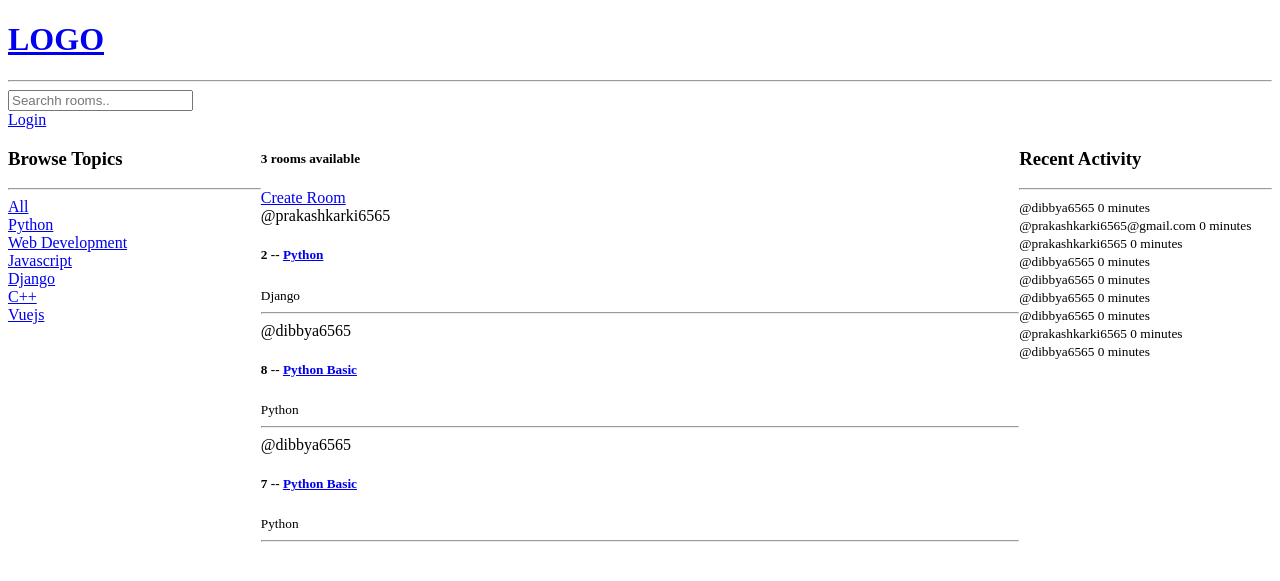
Repository: Dibbya65/Django-Basic
Page: http://localhost/?q=Python
An editor plug-in stored every save of this project. The page is shown before and after the next save, followed by the edit.
The browser window is 1280 px wide. The pictures show the whole page.
The page is served by the project's application, run on Django 3.2 (manage.py). Other server files are loaded and not shown. The page reads the database file committed with the project.

Above is the page before, as saved 2021-11-17 23:33:13.

### base/templates/base/home.html
{% extends "layouts/master.html" %} {% block title %} Home {% endblock title %}
{% block content %}
<style>
  .home-container {
    display: grid;
    grid-template-columns: 1fr 3fr 1fr;
  }

</style>
<div class="home-container">
  <div>
    <h3>Browse Topics</h3>
    <hr />
    <div>
      <a href="{% url 'home' %}">All </a>
    </div>
    {%for topic in topics%}
    <div>
      <a href="{% url 'home' %}?q={{topic.name}}">{{topic.name}}</a>
    </div>
    {%endfor%}
  </div>
  <div>
    <h5>{{room_count}} rooms available</h5>
    <a href="{% url 'create-room' %}">Create Room</a>
    {% for room in rooms %}
    <div>
      {% if request.user == room.host %}

      <a href="{% url 'update-room' room.id %}">Edit </a>

      <a href="{% url 'delete-room' room.id %}">Delete </a>
      {%endif%}
      <span>@{{room.host.username}}</span>
      <h5>
        {{room.id}} --
        <a href="{% url 'room-detail' room.id %}">{{room.name}}</a>
      </h5>
      <small>{{room.topic.name}}</small>
      <hr />
    </div>
    {% endfor %}
  </div>
  <div>
    <h3>Recent Activity</h3>
    <hr>
    {% for message in room_messages %}
      <div>
        <small>@{{message.user}} {{message.created_at|timesince}}</small>
      </div>
    {% endfor %}
  </div>
</div>
{% endblock content %}

### templates/layouts/master.html
<!DOCTYPE html>
<html lang="en">

  <head>
    <meta charset="UTF-8" />
    <meta http-equiv="X-UA-Compatible" content="IE=edge" />
    <meta name="viewport" content="width=device-width, initial-scale=1.0" />
    <title>MySite | {% block title %} {% endblock %}</title>
  </head>

  <body>
    <a href="/">
      <h1>LOGO</h1>
    </a>
    <hr>
    <form action="{% url 'home' %}" method="GET">
      <input type="text" name="q" placeholder="Searchh rooms.." />
    </form>
    {% if request.user.is_authenticated %}
    <p>Hello {{ request.user.username }}</p>
    <a href="{% url 'logout' %}">Logout</a>
    {%else%}
    <a href="{% url 'login' %}">Login</a>
    {% endif %}
    {% if messages %}
    <ul class="messages">
      {% for message in messages %}
      <li>{{ message }}</li>
      {% endfor %}
    </ul>
    {% endif %}
    {% block content %}{% endblock %}
  </body>

</html>

### base/models.py
from django.db import models
from django.contrib.auth.models import User

# Create your models here.


# topic model
class Topic(models.Model):
    name = models.CharField(max_length=200)

    def __str__(self):
        return self.name


# room model


class Room(models.Model):
    host = models.ForeignKey(User, on_delete=models.SET_NULL, null=True)
    topic = models.ForeignKey(Topic, on_delete=models.SET_NULL, null=True)
    name = models.CharField(max_length=200)
    description = models.TextField(null=True, blank=True)
    participants = models.ManyToManyField(User, related_name="participants", blank=True)
    Active = "Active"
    Deactive = "Deactive"
    STATUS_CHOICE = ((Active, Active), (Deactive, Deactive))
    status = models.CharField(max_length=50, choices=STATUS_CHOICE, default=Deactive)
    created_at = models.DateTimeField(auto_now_add=True)
    updated_at = models.DateTimeField(auto_now=True)

    class Meta:
        ordering = ["-updated_at", "-created_at"]

    # string representation
    def __str__(self):
        return self.name


# message model


class Message(models.Model):
    user = models.ForeignKey(User, on_delete=models.CASCADE)
    room = models.ForeignKey(Room, on_delete=models.CASCADE)
    body = models.TextField()
    created_at = models.DateTimeField(auto_now_add=True)
    updated_at = models.DateTimeField(auto_now=True)

    class Meta:
        ordering = ["-updated_at", "-created_at"]

    def __str__(self):
        return self.body[0:50]

### base/views.py
from django.shortcuts import render, redirect
from django.http import HttpResponse
from django.db.models import Q
from django.contrib.auth.models import User
from django.contrib.auth import authenticate, login, logout
from django.contrib.auth.forms import UserCreationForm
from django.contrib import messages
from django.contrib.auth.decorators import login_required
from .models import Room, Topic, Message
from .forms import RoomForm

# Create your views here.


def login_page(request):
    page = "login"

    if request.user.is_authenticated:
        return redirect("home")

    if request.method == "POST":
        username = request.POST.get("username").lower()
        password = request.POST.get("password")

        try:
            user = User.objects.get(username=username)
        except:
            messages.error(request, "User does not exist")

        user = authenticate(request, username=username, password=password)

        if user is not None:
            login(request, user)
            return redirect("home")
        else:
            messages.error(request, "Invalid credentials")

    context = {"page": page}
    return render(request, "base/login.html", context)


def logout_user(request):
    logout(request)
    return redirect("home")


def register_page(request):
    form = UserCreationForm()

    if request.method == "POST":
        form = UserCreationForm(request.POST)
        if form.is_valid():
            user = form.save(commit=False)
            user.username = user.username.lower()
            user.save()

            login(request, user)

            return redirect("home")
        else:
            messages.error(request, "User registration failed")

    context = {"form": form}

    return render(request, "base/login.html", context)


def home(request):
    q = request.GET.get("q") if request.GET.get("q") != None else ""
    rooms = Room.objects.filter(
        Q(topic__name__icontains=q) | Q(name__icontains=q) | Q(description__icontains=q)
    )
    topics = Topic.objects.all()
    room_count = rooms.count()
    room_messges = Message.objects.all()

    context = {
        "rooms": rooms,
        "topics": topics,
        "room_count": room_count,
        "room_messages": room_messges,
    }
    return render(request, "base/home.html", context)


def room(request):
    rooms = Room.objects.all()
    context = {"rooms": rooms}
    return render(request, "base/room.html", context)


def roomdetail(request, pk):
    room = Room.objects.get(id=pk)
    room_messages = room.message_set.all()
    participants = room.participants.all()

    if request.method == "POST":
        message = Message.objects.create(
            user=request.user, room=room, body=request.POST.get("body")
        )
        room.participants.add(request.user)
        return redirect("room-detail", pk=room.id)

    context = {
        "room": room,
        "room_messages": room_messages,
        "participants": participants,
    }
    return render(request, "base/single-room.html", context)


@login_required(login_url="login")
def create_room(request):
    form = RoomForm()
    if request.method == "POST":
        form = RoomForm(request.POST)
        if form.is_valid():
            form.save()
            return redirect("home")

    context = {"form": form}
    return render(request, "base/room_form.html", context)


@login_required(login_url="login")
def update_room(request, pk):
    room = Room.objects.get(id=pk)
    form = RoomForm(instance=room)

    if request.user != room.host:
        return HttpResponse("Unauthenticated!")

    if request.method == "POST":
        form = RoomForm(request.POST, instance=room)
        if form.is_valid():
            form.save()
            return redirect("home")

    context = {"form": form}
    return render(request, "base/room_form.html", context)


@login_required(login_url="login")
def delete_room(request, pk):
    room = Room.objects.get(id=pk)
    if request.user != room.host:
        return HttpResponse("Unauthenticated!")

    if request.method == "POST":
        room.delete()
        return redirect("home")
    return render(request, "base/delete.html", {"obj": room})


@login_required(login_url="login")
def delete_message(request, pk):
    msg = Message.objects.get(id=pk)
    if request.user != msg.user:
        return HttpResponse("Unauthenticated!")

    if request.method == "POST":
        msg.delete()
        return redirect("home")
    return render(request, "base/delete.html", {"obj": msg})

### studybud/urls.py
"""studybud URL Configuration

The `urlpatterns` list routes URLs to views. For more information please see:
    https://docs.djangoproject.com/en/3.2/topics/http/urls/
Examples:
Function views
    1. Add an import:  from my_app import views
    2. Add a URL to urlpatterns:  path('', views.home, name='home')
Class-based views
    1. Add an import:  from other_app.views import Home
    2. Add a URL to urlpatterns:  path('', Home.as_view(), name='home')
Including another URLconf
    1. Import the include() function: from django.urls import include, path
    2. Add a URL to urlpatterns:  path('blog/', include('blog.urls'))
"""
from django.contrib import admin
from django.urls import path, include


urlpatterns = [
    path('admin/', admin.site.urls),
    path('', include('base.urls'))
]

### base/urls.py
from django.urls import path
from . import views

urlpatterns = [
    path("login/", views.login_page, name="login"),
    path("register/", views.register_page, name="register"),
    path("logout/", views.logout_user, name="logout"),
    path("", views.home, name="home"),
    path("room/", views.room, name="room"),
    path("room/<str:pk>", views.roomdetail, name="room-detail"),
    path("create/room/", views.create_room, name="create-room"),
    path("update/room/<str:pk>/", views.update_room, name="update-room"),
    path("delete/room/<str:pk>/", views.delete_room, name="delete-room"),
    path("delete/message/<str:pk>/", views.delete_message, name="delete-message"),
]

### db.sqlite3 (the tables this page reads, as SQL)
CREATE TABLE "auth_user" ("id" integer NOT NULL PRIMARY KEY AUTOINCREMENT, "password" varchar(128) NOT NULL, "last_login" datetime NULL, "is_superuser" bool NOT NULL, "username" varchar(150) NOT NULL UNIQUE, "last_name" varchar(150) NOT NULL, "email" varchar(254) NOT NULL, "is_staff" bool NOT NULL, "is_active" bool NOT NULL, "date_joined" datetime NOT NULL, "first_name" varchar(150) NOT NULL);
INSERT INTO "auth_user" VALUES
(1, 'pbkdf2_sha256$260000$xQxpFxKQ9izBbopr3Dv7HS$ZdGFJYFjajdfBM/ZdnlG6gD0dgX/TKmGyoCCve4Q564=', '2021-11-20 11:25:23.454227', 1, 'dibbya6565', '', 'dibyakarki65@gmail.com', 1, 1, '2021-11-13 15:49:17.112151', ''),
(2, 'pbkdf2_sha256$260000$OcP3oMRwcVFmIc3QPSnltC$GpcmQjPkv0wxmOYWlv/oBQ69CVZRvql5qDH1FvXjTJM=', NULL, 0, 'prakashkarki6565', '', '', 0, 1, '2021-11-14 06:46:21.258105', ''),
(3, 'pbkdf2_sha256$260000$bYZBArIVxYmuNuu5Azzl9d$kAIAJAnHPVaaRNyIMyoHKCgxSXknbwf/ubpWAJYvAxQ=', '2021-11-15 11:51:20.490980', 0, 'prakashkarki6565@gmail.com', '', '', 0, 1, '2021-11-15 11:51:19.976423', ''),
(4, 'pbkdf2_sha256$260000$XQVrpvlajut1jjOP6a31hy$SR7rs3yBHY/pGjCoDxqTx/rkvUNTPMNaSyNaJWyzDpk=', '2021-11-20 08:32:44.875888', 0, 'praksh65', '', '', 0, 1, '2021-11-20 08:32:44.429889', '');

CREATE TABLE "base_message" ("id" integer NOT NULL PRIMARY KEY AUTOINCREMENT, "body" text NOT NULL, "created_at" datetime NOT NULL, "updated_at" datetime NOT NULL, "room_id" bigint NOT NULL REFERENCES "base_room" ("id") DEFERRABLE INITIALLY DEFERRED, "user_id" integer NOT NULL REFERENCES "auth_user" ("id") DEFERRABLE INITIALLY DEFERRED);
INSERT INTO "base_message" VALUES
(3, 'Reference site about Lorem Ipsum, giving information on its origins, as well as a random Lipsum generator.Reference site about Lorem Ipsum, giving information on its origins, as well as a random Lipsum generator.', '2021-11-15 16:03:46.782159', '2021-11-15 16:03:46.782159', 9, 1),
(4, 'Generate Lorem Ipsum placeholder text for use in your graphic, print and web layouts, and discover plugins for your favorite writing, design and blogging', '2021-11-15 16:10:58.585794', '2021-11-15 16:10:58.585794', 9, 2),
(5, 'hello from hello', '2021-11-15 16:20:11.326644', '2021-11-15 16:20:11.326644', 9, 1),
(6, 'hello from hello', '2021-11-15 16:28:25.796169', '2021-11-15 16:28:25.796169', 9, 1),
(7, 'hello from hello', '2021-11-15 16:29:16.660659', '2021-11-18 15:37:50.359985', 9, 3),
(8, 'adfasdfasdfsadf', '2021-11-17 11:33:58.185912', '2021-11-17 11:33:58.185912', 9, 1),
(9, 'hey there', '2021-11-17 12:49:37.332335', '2021-11-17 12:49:37.332335', 4, 1),
(10, 'hello from hello', '2021-11-17 12:50:13.252612', '2021-11-18 15:37:45.139973', 4, 2),
(12, 'Hello there I am trying to learning c++', '2021-11-20 06:15:42.120664', '2021-11-20 06:15:42.120664', 12, 1);

CREATE TABLE "base_room" ("id" integer NOT NULL PRIMARY KEY AUTOINCREMENT, "name" varchar(200) NOT NULL, "description" text NULL, "status" varchar(50) NOT NULL, "created_at" datetime NOT NULL, "updated_at" datetime NOT NULL, "host_id" integer NULL REFERENCES "auth_user" ("id") DEFERRABLE INITIALLY DEFERRED, "topic_id" bigint NULL REFERENCES "base_topic" ("id") DEFERRABLE INITIALLY DEFERRED);
INSERT INTO "base_room" VALUES
(2, 'Python', '', 'Deactive', '2021-11-14 05:23:25.762339', '2021-11-18 15:37:04.256833', 2, 4),
(4, 'MERN', 'LLLLLLLLLLLLLLLLLLLLLLLLLLLLLLLLLLLLLLLorem', 'Deactive', '2021-11-14 05:23:38.846450', '2021-11-17 11:30:16.453294', 1, 3),
(7, 'Python Basic', '', 'Deactive', '2021-11-14 12:32:58.730800', '2021-11-14 12:32:58.730800', 1, 1),
(8, 'Python Basic', '', 'Deactive', '2021-11-15 09:51:28.888430', '2021-11-15 09:51:28.888430', 1, 1),
(9, 'Django Room', 'Reference site about Lorem Ipsum, giving information on its origins, as well as a random Lipsum generator.', 'Deactive', '2021-11-15 09:53:06.866918', '2021-11-17 11:29:38.106094', 2, 4),
(10, 'Study Reactjs', 'Hello from learning react js', 'Active', '2021-11-18 13:20:54.521854', '2021-11-18 13:20:54.522855', 1, 3),
(11, 'Are you interest in Learning Web Development?', 'Lorem ipsum, or lipsum as it is sometimes known, is dummy text used in laying out print, graphic or web designs. The passage is attributed to an unknown ...', 'Active', '2021-11-19 12:49:53.172046', '2021-11-19 12:49:53.172046', 1, 2),
(12, 'Let''s Learn C++ Gaming', 'Lorem ipsum is a pseudo-Latin text used in web design, typography, layout, and printing in place of English to emphasise design elements over content. It''s also ...', 'Deactive', '2021-11-19 15:34:35.009148', '2021-11-19 15:41:00.554091', 1, 5),
(13, 'Vuejs Frontent', 'Reference site about Lorem Ipsum, giving information on its origins, ...Reference site about Lorem Ipsum, giving information on its origins, ...', 'Deactive', '2021-11-20 10:40:24.435527', '2021-11-20 10:40:24.435527', 4, 6);

CREATE TABLE "base_topic" ("id" integer NOT NULL PRIMARY KEY AUTOINCREMENT, "name" varchar(200) NOT NULL);
INSERT INTO "base_topic" VALUES
(1, 'Python'),
(2, 'Web Development'),
(3, 'Javascript'),
(4, 'Django'),
(5, 'C++'),
(6, 'Vuejs ');

After the next save:
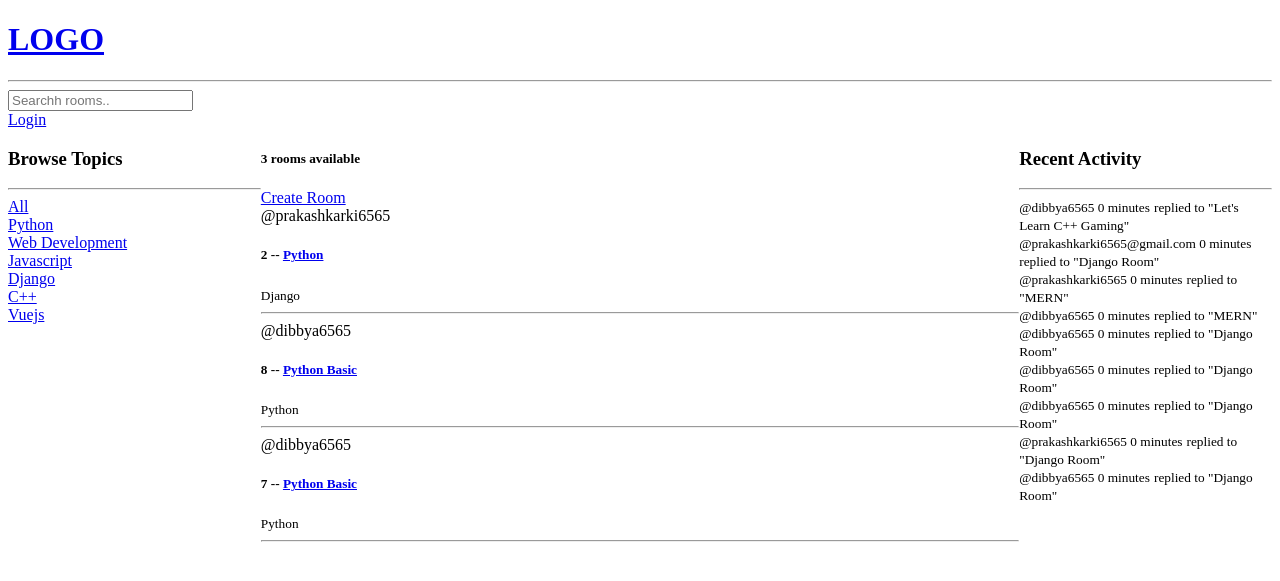
Saved 41 s later.
--- a/base/templates/base/home.html
+++ b/base/templates/base/home.html
@@ -47,6 +47,7 @@
     {% for message in room_messages %}
       <div>
         <small>@{{message.user}} {{message.created_at|timesince}}</small>
+        <small>replied to "{{message.room}}"</small>
       </div>
     {% endfor %}
   </div>
